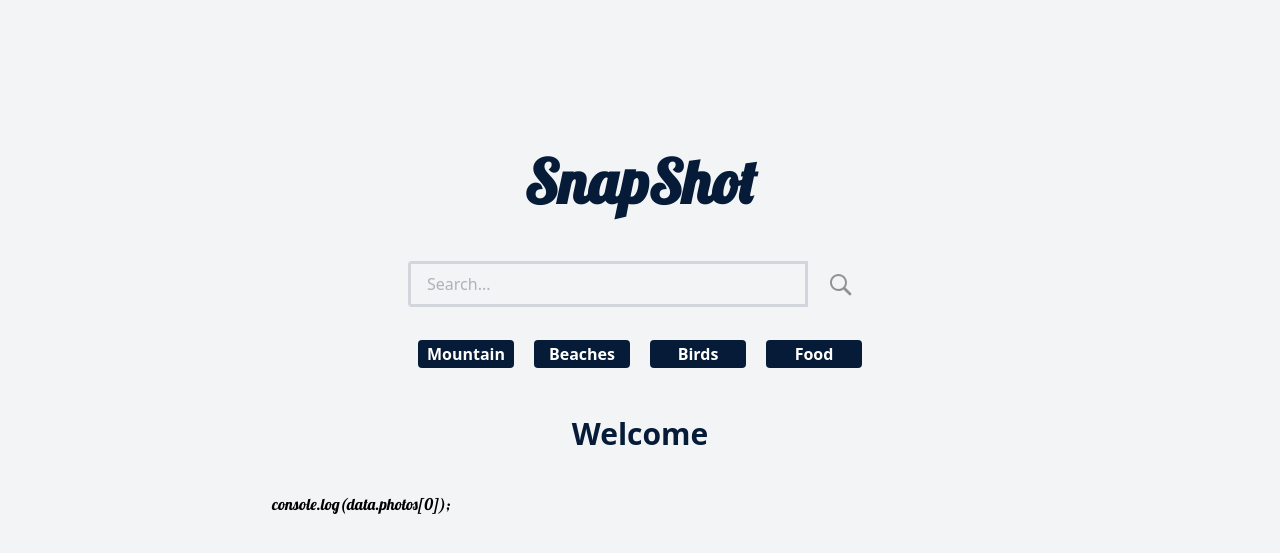
Repository: Alzate1075/P2-GaleriaFotos
Page: /
These files come from the project's save history. The page is drawn as it stood at one moment and after the next save; the edit follows.
The browser window is 1280 px wide. The pictures show the whole page.
The page's requests for data from a server got no answer. The project was rebuilt for these pictures with package versions that can differ from the ones it lists, and the page was loaded fresh each time. No one was signed in, and anything a server would have sent is missing. Also part of the build but not shown: vite.config.js.

Above is the page before, as saved 2025-07-04 14:22:04.

After the next save:
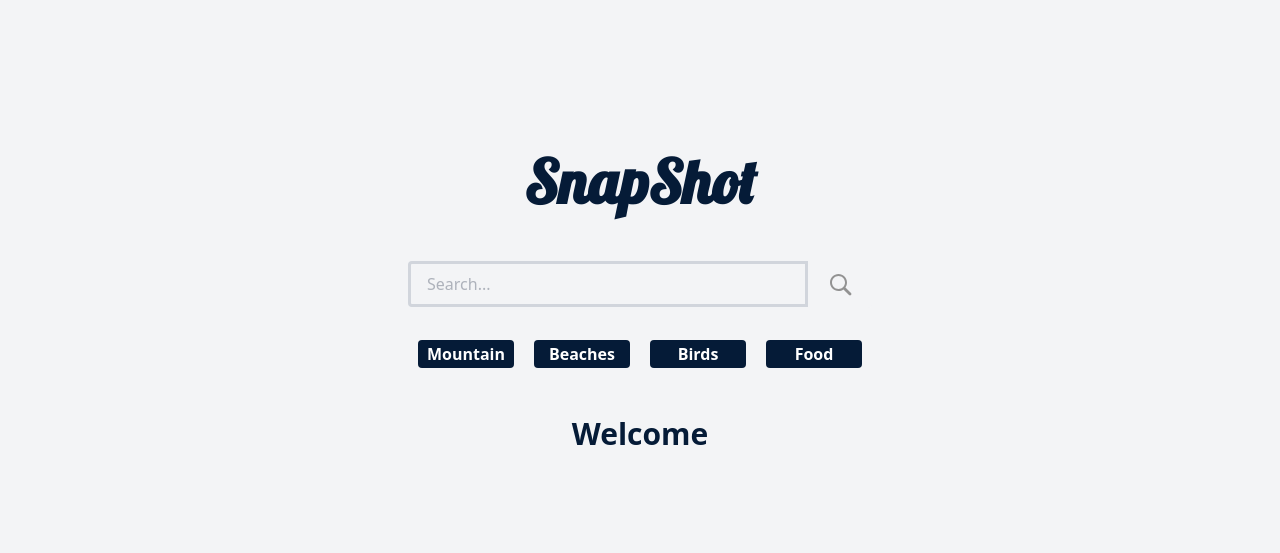
Saved 22 s later.
--- a/src/components/GaleriaFotos.jsx
+++ b/src/components/GaleriaFotos.jsx
@@ -36,7 +36,6 @@
           className="rounded shadow-lg w-full h-48 object-cover"
         />
       ))}
-      console.log(data.photos[0]);
     </div>
   );
 }
